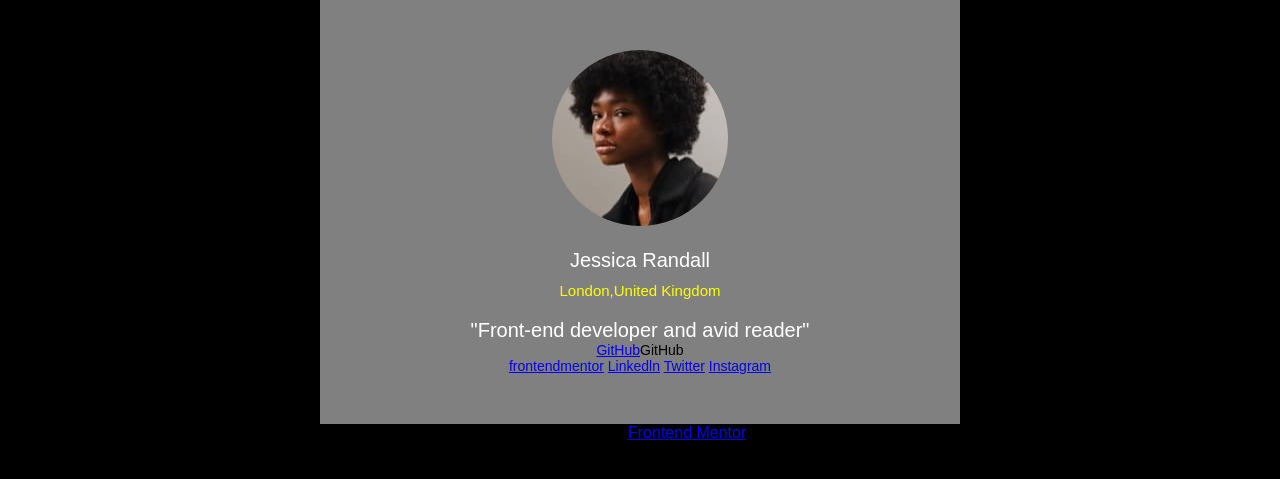
Repository: JosephAbatan05/Social-links-profile
Page: social-links-profile-main/index.html
An editor plug-in stored every save of this project. The page is shown before and after the next save, followed by the edit.
The browser window is 1280 px wide. The pictures show the whole page.

Above is the page before, as saved 2025-01-25 10:48:57.

### social-links-profile-main/index.html
<!DOCTYPE html>
<html lang="en">
<head>
  <meta charset="UTF-8">
  <meta name="viewport" content="width=device-width, initial-scale=1.0"> <!-- displays site properly based on user's device -->

  <link rel="icon" type="image/png" sizes="32x32" href="./assets/images/favicon-32x32.png">

  <title>Frontend Mentor | Social links profile</title>
<link rel="stylesheet" href="styles.css">

  <!-- Feel free to remove these styles or customise in your own stylesheet 👍 --<style>
    .attribution { font-size: 11px; text-align: center; }
    .attribution a { color: hsl(228, 45%, 44%); }
  </style>
</head>
<body>

  Jessica Randall
  London, United Kingdom
  "Front-end developer and avid reader."

  GitHub
  Frontend Mentor
  LinkedIn
  Twitter
  Instagram


-->

<div class="container">
  <img src="assets\images\avatar-jessica.jpeg" >

<div id="name">Jessica Randall</div>
<div class="description">London,United Kingdom</div>
<div class="about">"Front-end developer and avid reader"</div>
<div id="fa-links-container">
    <a href="https://github.com" class="button">GitHub</a>GitHub</div>



    <a href="https://frontendmentor.com" class="button">frontendmentor</a>




    <a href="https://Linkedln.com" class="button">Linkedln</a>





    <a href="https://Twitter.com" class="button">Twitter</a>





    <a href="https://Instagram.com" class="button">Instagram</a>










</div>


</div>
<div class="attribution">
  Challenge by <a href="https://www.frontendmentor.io?ref=challenge" target="_blank">Frontend Mentor</a>.
</div>

</body>
</html>

### social-links-profile-main/styles.css
body{
    margin:0;
    padding:0;
    box-sizing: border-box;
    background-color: black;
    font-family: sans-serif;
}
.container{
    text-align: center;
    margin: 0 auto;
    font-size:14px;
    background-color: grey;
    max-width: 50%;
    padding: 50px 0;
}
img{
    border-radius:50%;


}
.container #name{
    color:white;
    margin-top: 20px;
    font-size:20px;
}

.container .description{
    color:yellow;
    margin-top: 10px;
    font-size: 15px;
}
.container .about{
    margin-top:20px;
    color:white;
    font-size: 20px;
}

.fa-links-container{
    margin-top:20px;
    padding:10px;
    text-align: center;

}

.fa-links-container div{
    padding:10px;
    border-radius:5px;
    background-color:rgb(37, 36, 36);
    color:white;
    margin:0  auto;
    max-width: 45%;
    align-items:flex-end;
   margin-top: 5px;
   font-weight:bold
}
.attribution{
    text-align:center;
    text-decoration: none;
}

After the next save:
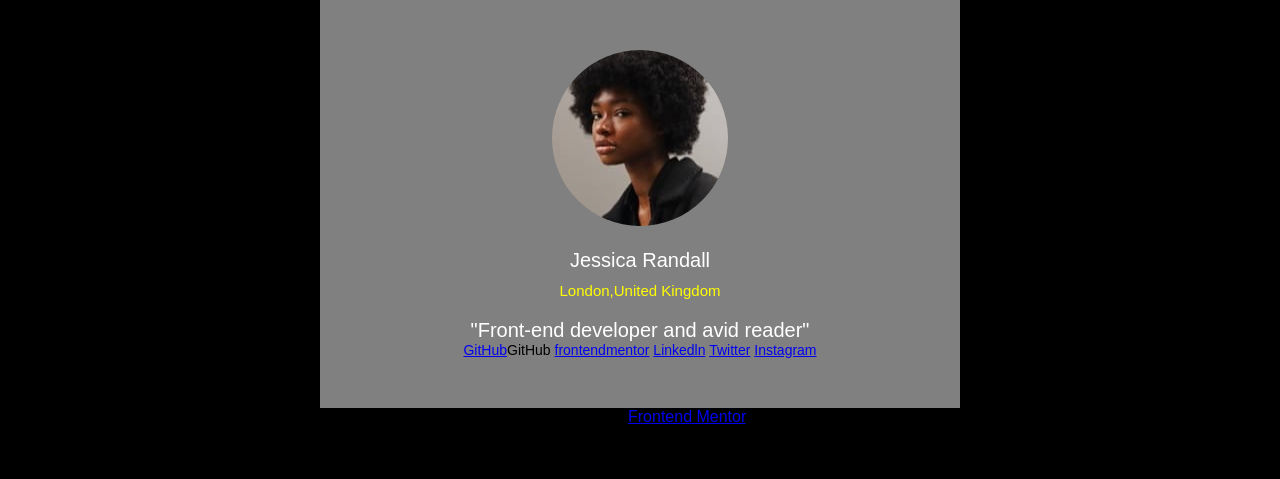
Saved 25 s later.
--- a/social-links-profile-main/index.html
+++ b/social-links-profile-main/index.html
@@ -36,7 +36,7 @@
 <div class="description">London,United Kingdom</div>
 <div class="about">"Front-end developer and avid reader"</div>
 <div id="fa-links-container">
-    <a href="https://github.com" class="button">GitHub</a>GitHub</div>
+    <a href="https://github.com" class="button">GitHub</a>GitHub
 
 
 
